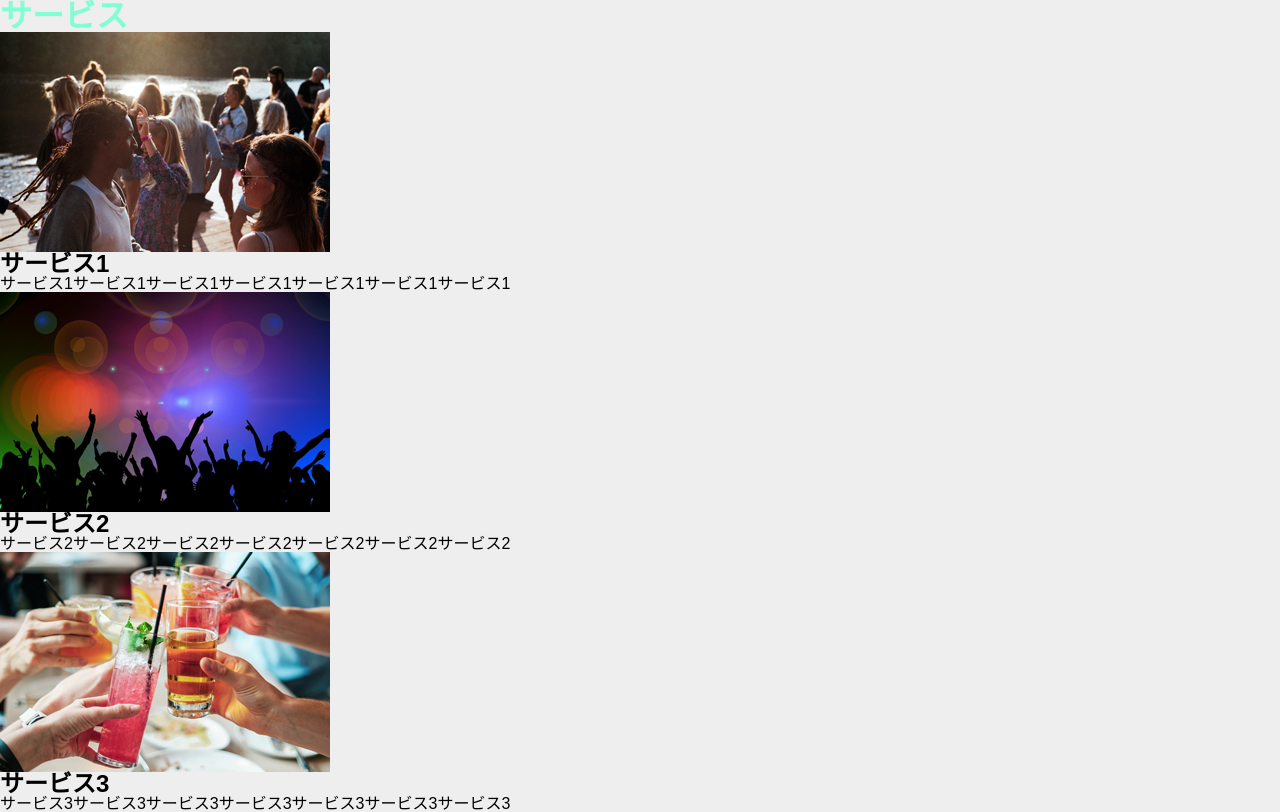
Repository: sonoyama01/dezasuta
Page: 第３回課題/work2/index.html
The author's editor kept a copy of each file at every save. The page is drawn from the files as they stood at one save, then again after the next save.
The browser window is 1280 px wide. The pictures show the whole page.

Above is the page before, as saved 2024-04-27 10:58:55.

After the next save:
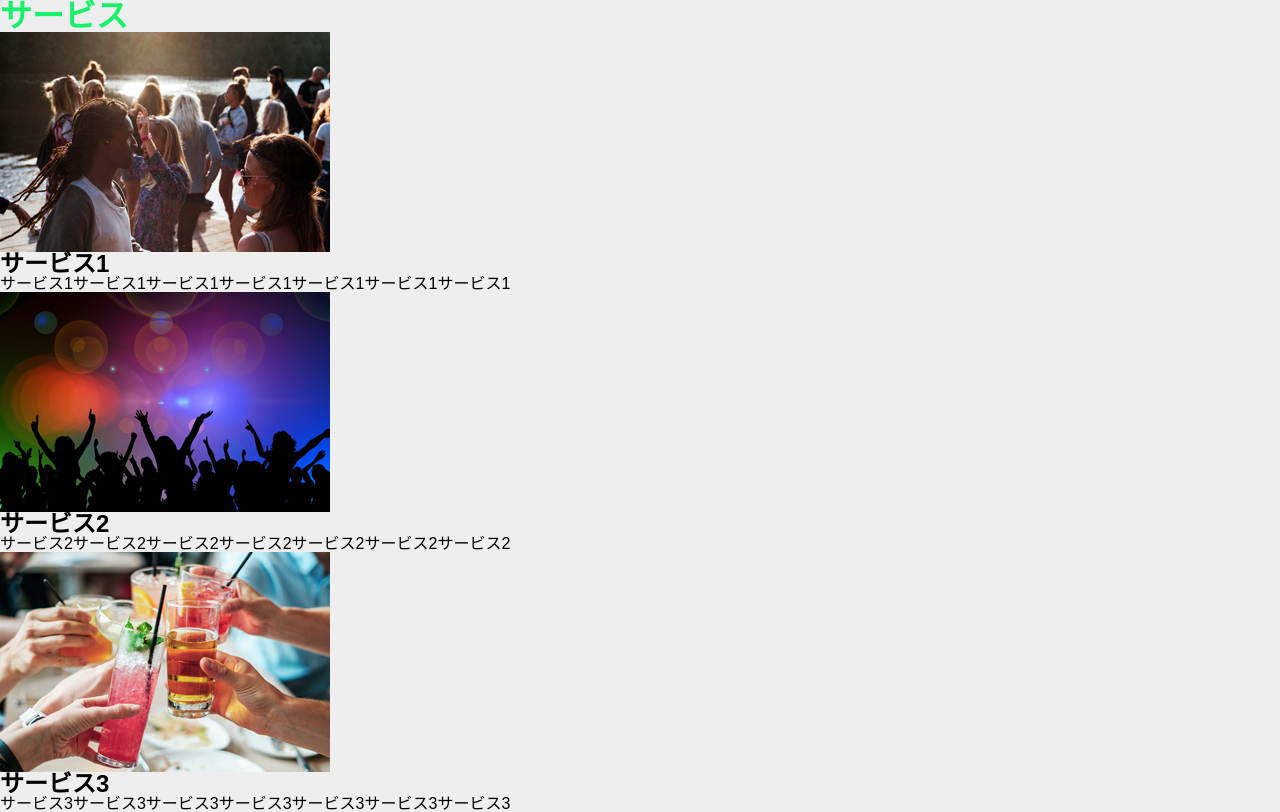
Saved 27 s later.
--- a/第３回課題/work2/css/style.css
+++ b/第３回課題/work2/css/style.css
@@ -5,5 +5,5 @@ body{
     background-color:#eeeeee ;
 }
 h1{
-    color: aquamarine;
+    color: rgb(22, 241, 106);
 }
